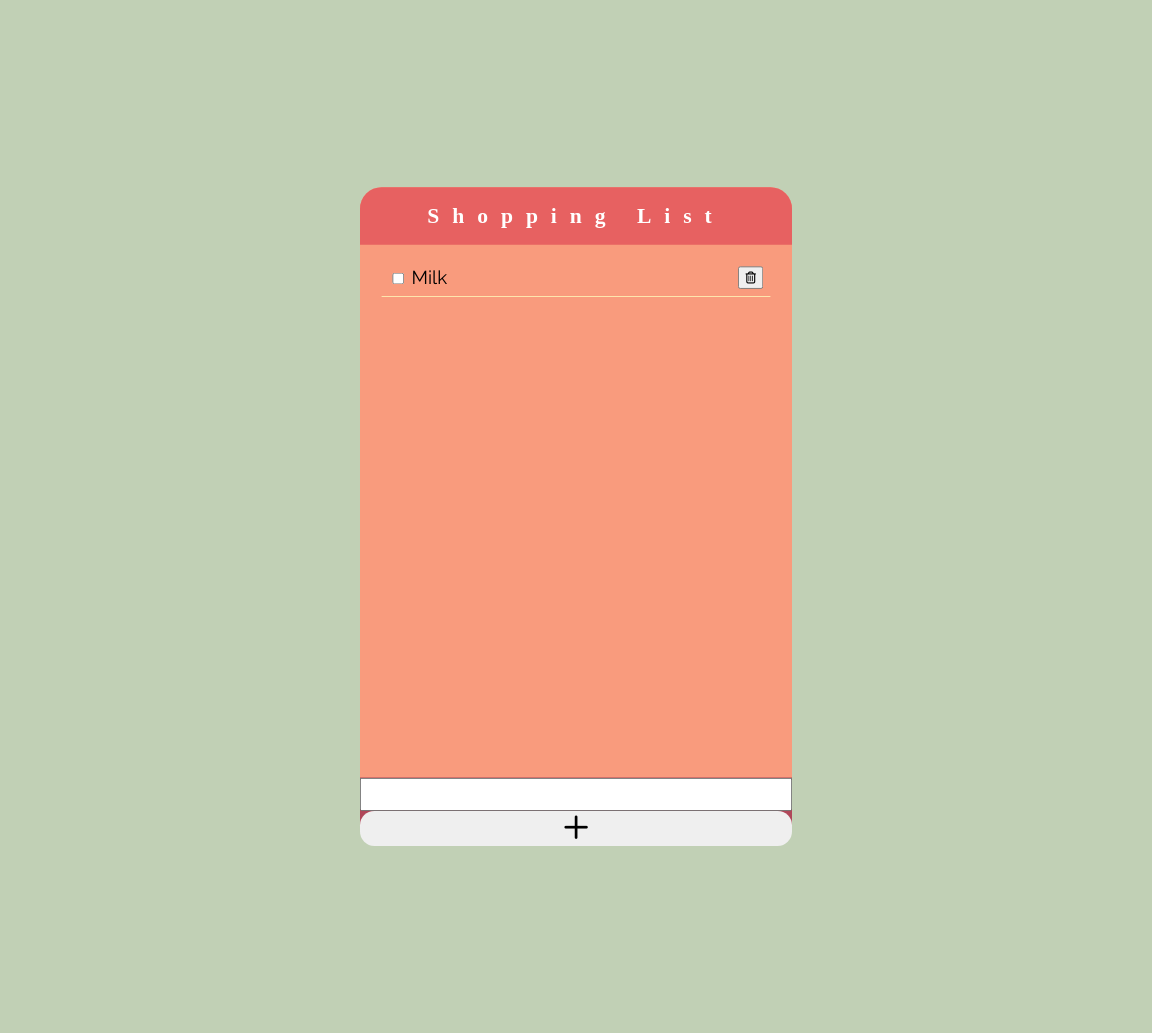
Repository: sephinejo/shopping-list-app
Page: index.html
The author's editor kept a copy of each file at every save. The page is drawn from the files as they stood at one save, then again after the next save.
The browser window is 1280 px wide. The pictures show the whole page, at 90% of full size.
Some web fonts or font styles are not loaded; a fallback is used. Some web libraries are served in a nearby version.

Above is the page before, as saved 2023-05-12 15:56:01.

### index.html
<!DOCTYPE html>
<html lang="en">
  <head>
    <meta charset="UTF-8" />
    <meta http-equiv="X-UA-Compatible" content="IE=edge" />
    <meta name="viewport" content="width=device-width, initial-scale=1.0" />
    <title>Shopping List 🛍️🛒</title>
    <link rel="preconnect" href="https://fonts.googleapis.com" />
    <link rel="preconnect" href="https://fonts.gstatic.com" crossorigin />
    <link
      href="https://fonts.googleapis.com/css2?family=Alice&family=Raleway:wght@400;600;700;800&display=swap"
      rel="stylesheet"
    />
    <script
      src="https://kit.fontawesome.com/9ac80604cb.js"
      crossorigin="anonymous"
    ></script>
    <script src="main.js" defer></script>
    <link rel="stylesheet" href="style.css" />
  </head>
  <body>
    <section class="container">
      <header class="header">Shopping List</header>
      <ul class="items">
        <li class="item__row">
          <div class="item">
            <input id="item__checkbox" name="item__checkbox" type="checkbox" />
            <label for="item__checkbox">Milk</label>
          </div>
          <button><i class="fa-regular fa-trash-can"></i></button>
        </li>
        <div class="item__divider"></div>
      </ul>
      <footer>
        <input class="input" type="text" />
        <button class="footer__button">
          <i class="fa-regular fa-plus"></i>
        </button>
      </footer>
    </section>
  </body>
</html>

### style.css
* {
  box-sizing: border-box;
}

body {
  text-align: center;
  background-color: #c1d0b5;
}

.container {
  margin: 13rem auto;
  width: 30rem;
  background-color: #f99b7d;
  border-radius: 1.5rem;
}

.header {
  height: 4rem;
  padding: 1.2rem;
  font-family: 'Alice';
  font-size: 1.5rem;
  font-weight: 700;
  color: white;
  letter-spacing: 0.9rem;
  background: #e76161;
  border-radius: 1.5rem 1.5rem 0 0;
}

.items {
  height: 35rem;
  overflow-y: auto;
  padding: 0;
}

.item__row {
  display: flex;
  justify-content: space-between;
  padding: 0.5rem 2rem;
  font-size: 1.3rem;
  font-family: 'Raleway';
  font-weight: 500;
}

.item__divider {
  width: 90%;
  height: 1px;
  background-color: #ffeeb3;
  margin: auto;
}

.item__delete {
  cursor: pointer;
}

footer {
  background: #b04759;
  display: flex;
  flex-direction: column;
  border-radius: 0 0 1.5rem 1.5rem;
}

.input {
  height: 2.3rem;
  outline: none;
  font-family: 'Raleway';
  font-size: 1.3rem;
}

.footer__button {
  border-style: none;
  border-radius: 1rem;
  cursor: pointer;
  font-size: 2rem;
}

Loaded but not shown: main.js (no copy from this time; the picture is the same without it)

After the next save:
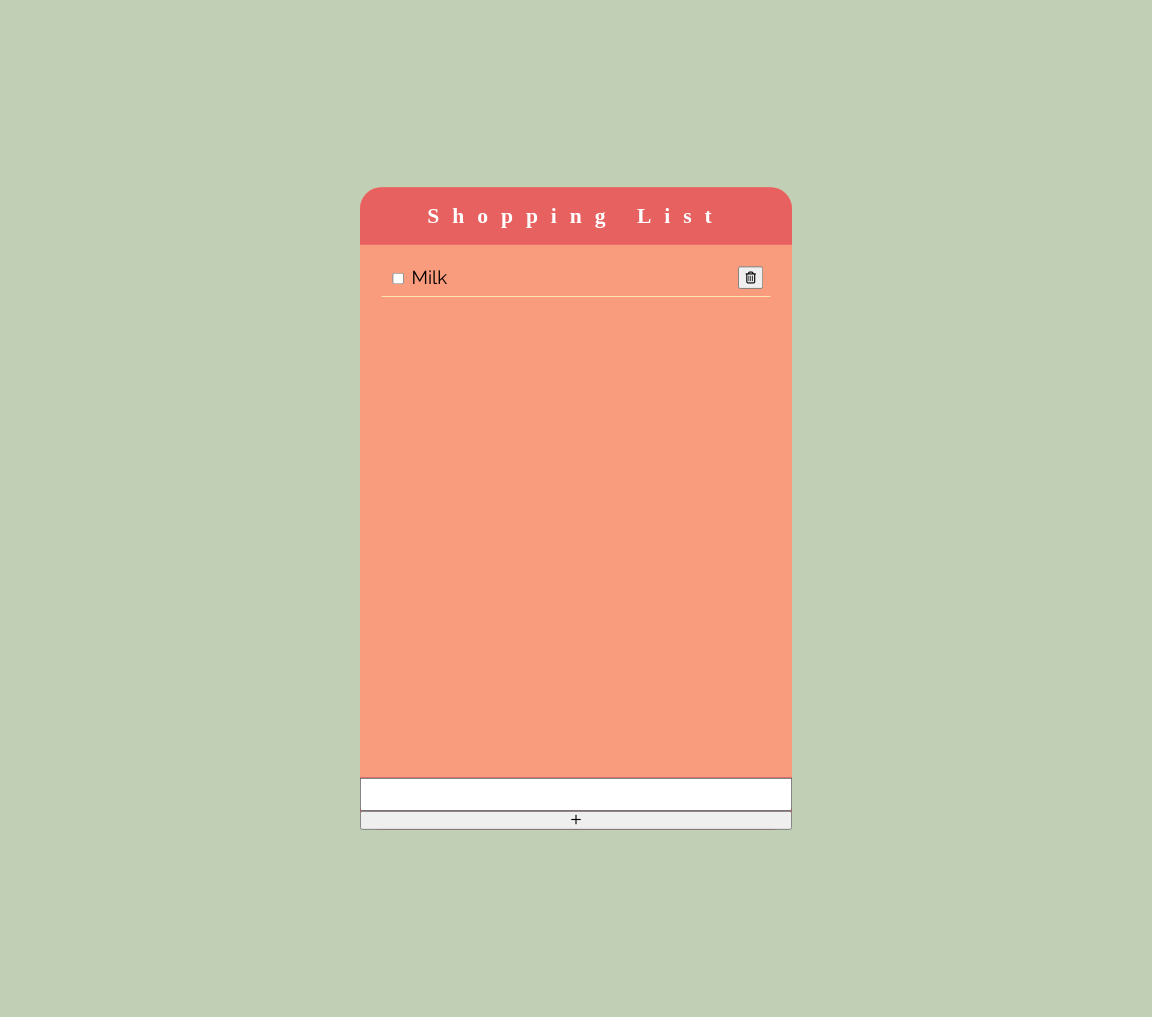
Saved 40 s later.
--- a/index.html
+++ b/index.html
@@ -27,13 +27,15 @@
             <input id="item__checkbox" name="item__checkbox" type="checkbox" />
             <label for="item__checkbox">Milk</label>
           </div>
-          <button><i class="fa-regular fa-trash-can"></i></button>
+          <button class="item__delete">
+            <i class="fa-regular fa-trash-can"></i>
+          </button>
         </li>
         <div class="item__divider"></div>
       </ul>
       <footer>
         <input class="input" type="text" />
-        <button class="footer__button">
+        <button class="footer__add">
           <i class="fa-regular fa-plus"></i>
         </button>
       </footer>

After the save that followed:
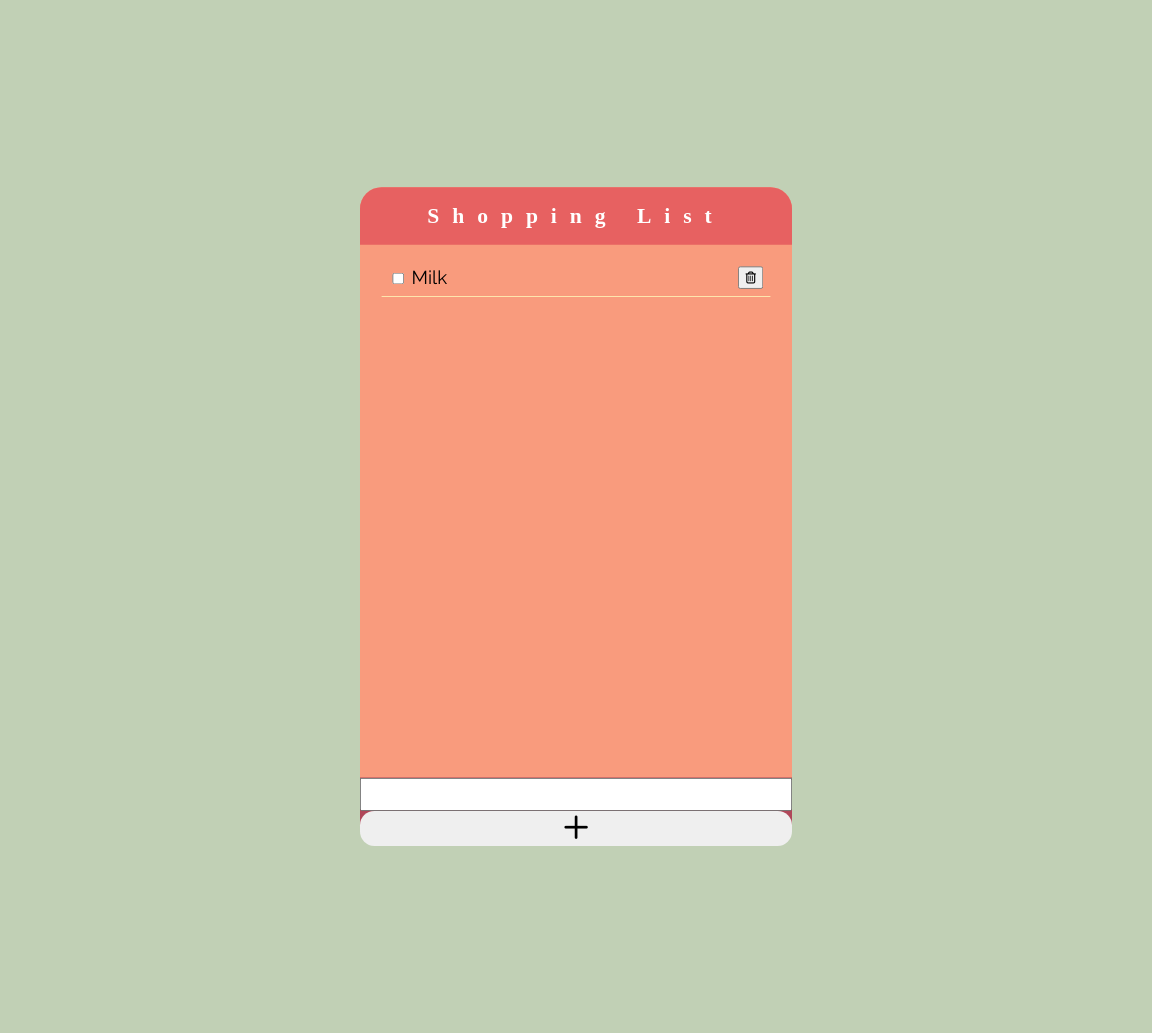
Saved 11 s later.
--- a/style.css
+++ b/style.css
@@ -66,7 +66,7 @@ footer {
   font-size: 1.3rem;
 }
 
-.footer__button {
+.footer__add {
   border-style: none;
   border-radius: 1rem;
   cursor: pointer;
